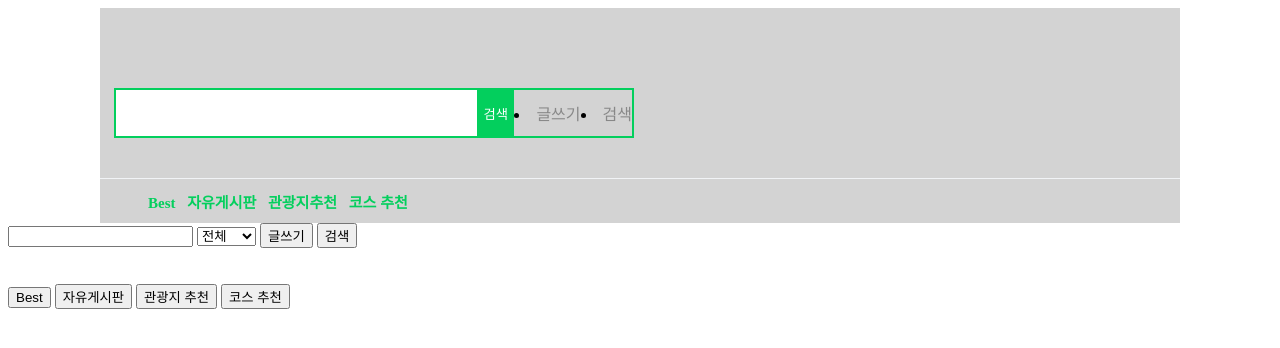
Repository: HJCroCat/project4
Page: http://localhost/koravle/boardMain.jsp
These files come from the project's save history. The page is drawn as it stood at one moment and after the next save; the edit follows.
The browser window is 1280 px wide. The pictures show the whole page.
The page is served by Tomcat 9. Nobody is signed in. The application's start-up code is not run.

Above is the page before, as saved 2021-12-10 10:17:10.

After the next save:
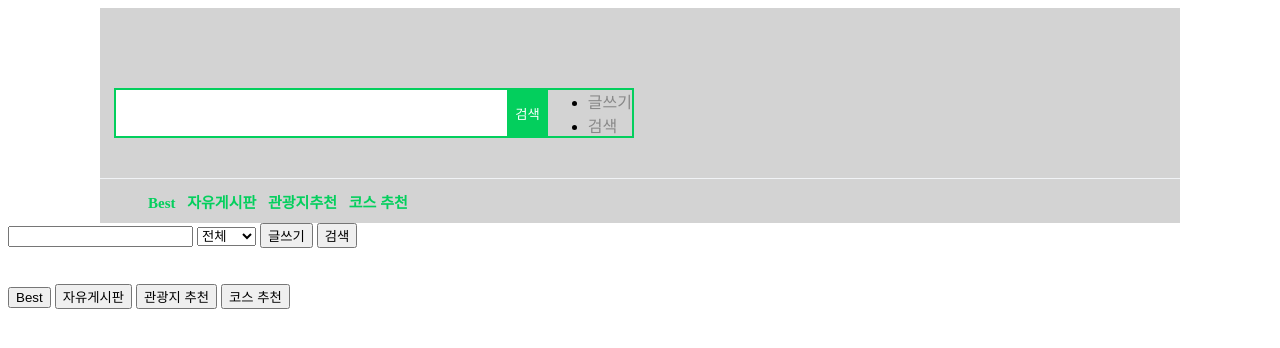
Saved 17 s later.
--- a/koravle/koravle/src/main/webapp/boardMain.jsp
+++ b/koravle/koravle/src/main/webapp/boardMain.jsp
@@ -20,8 +20,10 @@
 	          <button type="submit" tabindex="2">
 	            	검색
 	          </button>
-	          <li><a href="/">글쓰기</a></li>
-	          <li><a href="/">검색</a></li>
+	          <ul>
+		          <li><a href="/">글쓰기</a></li>
+		          <li><a href="/">검색</a></li>
+	          </ul>
 	        </div>
 	      </fieldset>
 	    </form>
